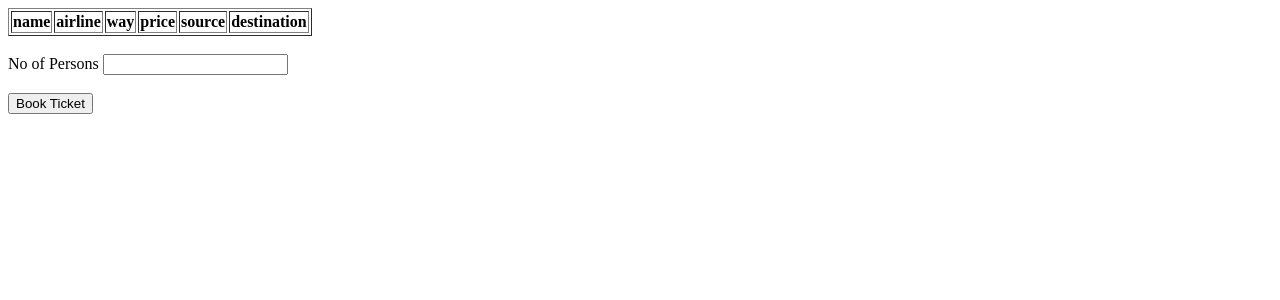
Repository: manishmachha/Project-FlyAway
Page: http://localhost/FlyAway/showdetails.jsp
The author's editor kept a copy of each file at every save. The page is drawn from the files as they stood at one save, then again after the next save.
The browser window is 1280 px wide. The pictures show the whole page.
The page is served by Tomcat 9. The database holds what the project's SQL file puts in it.

Above is the page before, as saved 2022-01-04 07:38:40.

### FlyAway/src/main/webapp/showdetails.jsp
<%@ page language="java" contentType="text/html; charset=ISO-8859-1"
	pageEncoding="ISO-8859-1"%>
<%@page import="java.sql.*"%>
<%
String SOURCE = request.getParameter("source");
String DESTINATION = request.getParameter("destination");
Class.forName("com.mysql.jdbc.Driver");
String url = "jdbc:mysql://localhost:3306/flyaway";
String user = "root";
String pass = "2020";
String sql = "select * from flights where source='" + SOURCE + "'and destination='" + DESTINATION + "'";
Connection con = DriverManager.getConnection(url, user, pass);
Statement st = con.createStatement();
ResultSet rs = st.executeQuery(sql);
%>
<table border="1">
	<tr>
		<th>name</th>
		<th>airline</th>
		<th>way</th>
		<th>price</th>
		<th>source</th>
		<th>destination</th>
	</tr>
	<%
	while (rs.next()) {
	%>
	<tr>
		<td><%=rs.getString(1)%></td>
		<td><%=rs.getString(2)%></td>
		<td><%=rs.getString(3)%></td>
		<td><%=rs.getString(4)%></td>
		<td><%=rs.getString(5)%></td>
		<td><%=rs.getString(6)%></td>
	</tr>
	<%
	}
	%>
</table>
</br>
<form action="customerdetails.jsp" method="post">
	No of Persons <input type="number" name="no of persons"></br>
	</br> <input type="submit" value="Book Ticket">

</form>

### FlyAway/Databases/Flyaway.sql (the tables this page reads)
CREATE TABLE `flights` (
  `NAME` varchar(10) DEFAULT NULL,
  `AIRLINE` varchar(20) DEFAULT NULL,
  `WAY` varchar(20) DEFAULT NULL,
  `PRICE` varchar(10) DEFAULT NULL,
  `source` varchar(20) DEFAULT NULL,
  `destination` varchar(20) DEFAULT NULL
) ENGINE=InnoDB DEFAULT CHARSET=utf8mb4 COLLATE=utf8mb4_0900_ai_ci;

INSERT INTO `flights` VALUES ('INDG1','INDIGO','HYD-DEL','5000','Hyderabad','Delhi'),('INDG2','INDIGO','HYD-KOL','5000','Hyderabad','Kolkata'),('INDG3','INDIGO','HYD-MUM','5000','Hyderabad','Mumbai'),('INDG4','INDIGO','HYD-BAN','5000','Hyderabad','Bangalore'),('KING1','KINGFISHER','DEL-KOL','5000','Delhi','Kolkata'),('KING2','KINGFISHER','DEL-MUM','5000','Delhi','Mumbai'),('KING3','KINGFISHER','DEL-BAN','5000','Delhi','Bangalore'),('KING4','KINGFISHER','DEL-HYD','5000','Delhi','Hyderabad'),('SPIC1','SPICE JET','KOL-MUM','5000','Kolkata','Mumbai'),('SPIC2','SPICE JET','KOL-BAN','5000','Kolkata','Bangalore'),('SPIC3','SPICE JET','KOL-HYD','5000','Kolkata','Hyderabad'),('SPIC4','SPICE JET','KOL-DEL','5000','Kolkata','Delhi'),('AIRN1','AIR INDIA','MUM-BAN','5000','Mumbai','Bangalore'),('AIRN2','AIR INDIA','MUM-HYD','5000','Mumbai','Hyderabad'),('AIRN3','AIR INDIA','MUM-DEL','5000','Mumbai','Delhi'),('AIRN4','AIR INDIA','MUM-KOL','5000','Mumbai','Kolkata'),('TRUJ1','TRUE JET','BAN-HYD','5000','Bangalore','Hyderabad'),('TRUJ2','TRUE JET','BAN-DEL','5000','Bangalore','Delhi'),('TRUJ3','TRUE JET','BAN-KOL','5000','Bangalore','Kolkata'),('TRUJ4','TRUE JET','BAN-MUM','5000','Bangalore','Mumbai');

After the next save:
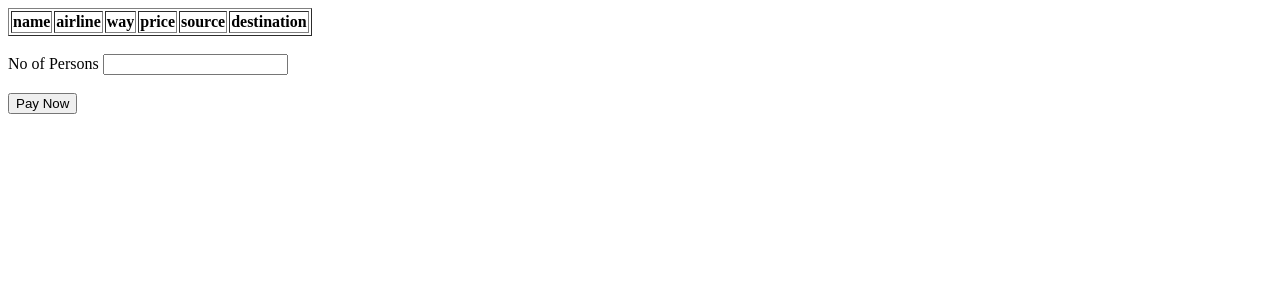
Saved 28 s later.
--- a/FlyAway/src/main/webapp/showdetails.jsp
+++ b/FlyAway/src/main/webapp/showdetails.jsp
@@ -38,8 +38,8 @@ ResultSet rs = st.executeQuery(sql);
 	%>
 </table>
 </br>
-<form action="customerdetails.jsp" method="post">
+<form action="payment.jsp" method="post">
 	No of Persons <input type="number" name="no of persons"></br>
-	</br> <input type="submit" value="Book Ticket">
+	</br> <input type="submit" value="Pay Now">
 
 </form>
